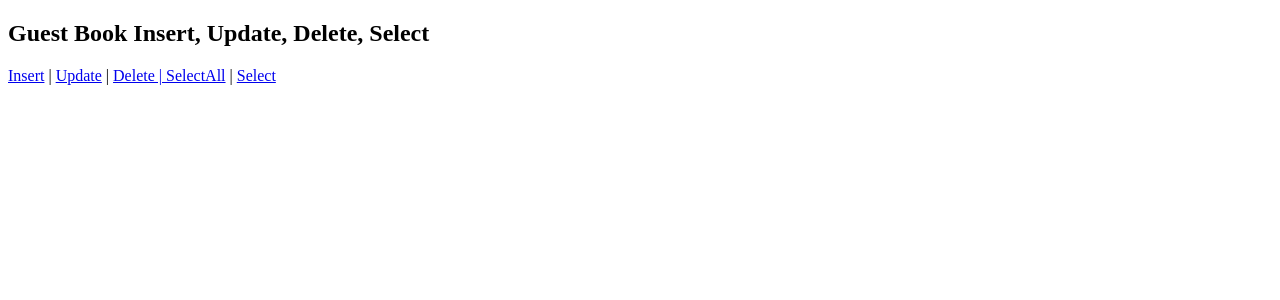
Repository: ayezarnikyaw/office_training_java
Page: http://localhost/EX3_JSP/selectAll.jsp
These files come from the project's save history. The page is drawn as it stood at one moment and after the next save; the edit follows.
The browser window is 1280 px wide. The pictures show the whole page.
The page is served by Tomcat 9. Queries for data that is not in the repository find no rows.

Above is the page before, as saved 2019-07-31 02:39:14.

### eclipse-workspace_ee/EX3_JSP/WebContent/selectAll.jsp
<%@ page import="java.sql.*" language="java" contentType="text/html; charset=ISO-8859-1"
    pageEncoding="ISO-8859-1"%>
<!DOCTYPE html>
<html>
<head>
<meta charset="ISO-8859-1">
<title>Insert title here</title>
</head>
<body>
	<%@include file="menu.jsp" %><br><br>
</body>
</html>

### eclipse-workspace_ee/EX3_JSP/WebContent/menu.jsp
<html>
<body><h2> Guest Book Insert, Update, Delete, Select</h2>
<a href="insert.jsp">Insert</a> | <a href="update.jsp">Update</a> | <a href="delete.jsp">Delete | <a href="selectAll.jsp">SelectAll</a> |
 <a href="select.jsp">Select</a>
</body>
</html>

After the next save:
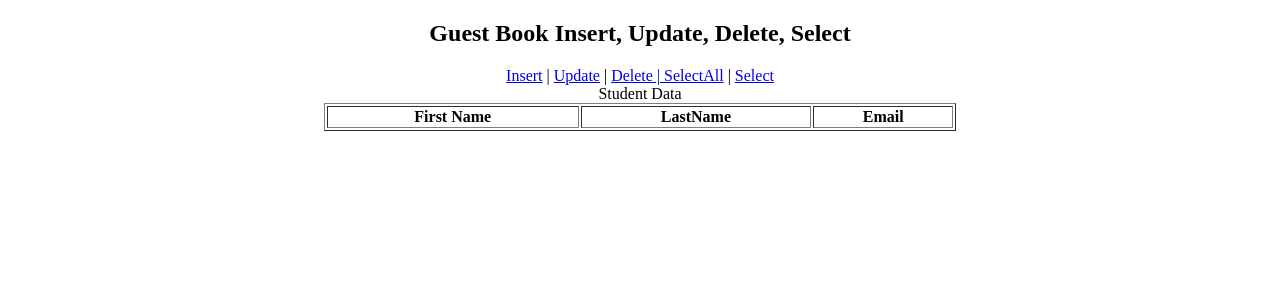
Saved 58 s later.
--- a/eclipse-workspace_ee/EX3_JSP/WebContent/selectAll.jsp
+++ b/eclipse-workspace_ee/EX3_JSP/WebContent/selectAll.jsp
@@ -6,7 +6,44 @@
 <meta charset="ISO-8859-1">
 <title>Insert title here</title>
 </head>
-<body>
-	<%@include file="menu.jsp" %><br><br>
+<body><center>
+	<%@include file="menu.jsp" %><br>
+<%	 String email=request.getParameter("e");
+try{
+	 String url = "jdbc:mysql://localhost:3306/mystudent";
+	 String username = "root";
+	 String password = "";
+	 Connection con;
+	Class.forName ("com.mysql.jdbc.Driver");
+	con = DriverManager.getConnection (url, username, password);
+                String s = "select * from Guest where email=?";
+                PreparedStatement smt = con.prepareStatement(s);
+                smt.setString(1, email);
+                ResultSet rs=smt.executeQuery();
+
+              %>
+<table border="1" width="50%"><caption> Student Data </caption>
+    <tr><th>First Name</th><th>LastName</th><th>Email</th></tr>
+    <%
+           	while(rs.next())   {
+	%>
+	<tr>
+		<td><%=rs.getString(1)%></td>
+		<td><%=rs.getString(2)%></td>
+			<td><%=rs.getString(3)%></td>
+			</tr>
+	<%
+	}
+		rs.close();
+		smt.close();
+		con.close();
+}catch(ClassNotFoundException e)
+{
+	e.printStackTrace();
+}catch(SQLException e)
+	{
+	e.toString();
+	}
+%><center>
 </body>
 </html>
